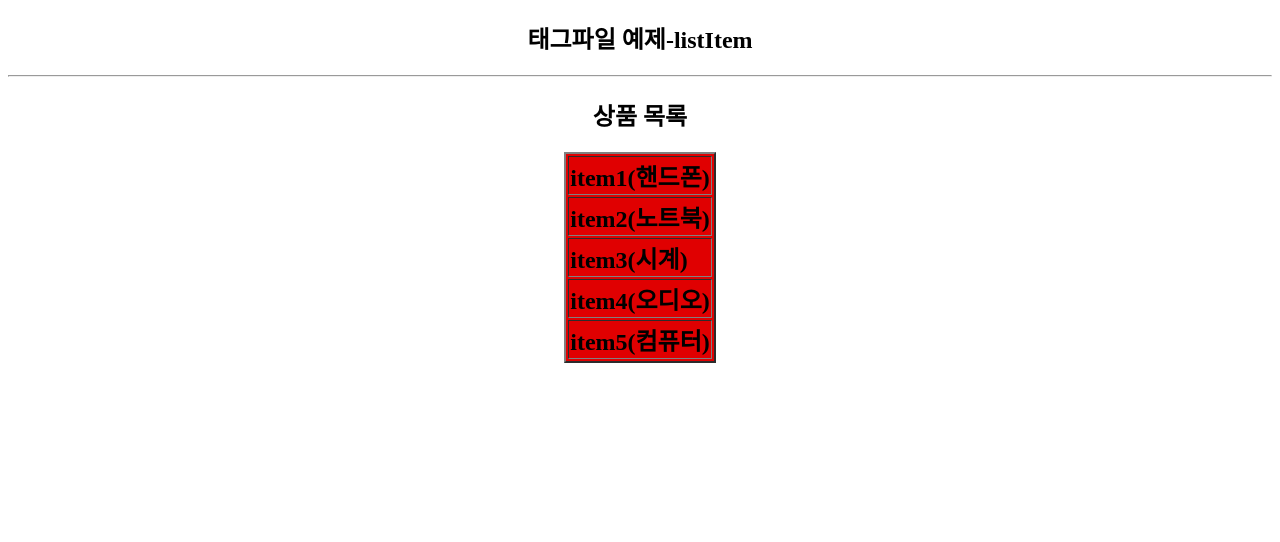
Repository: ljdongz/jsp-study
Page: http://localhost/jspbook/ch08/ItemTag.jsp
The author's editor kept a copy of each file at every save. The page is drawn from the files as they stood at one save, then again after the next save.
The browser window is 1280 px wide. The pictures show the whole page.
The page is served by Tomcat 9.

Above is the page before, as saved 2022-11-07 00:58:45.

After the next save:
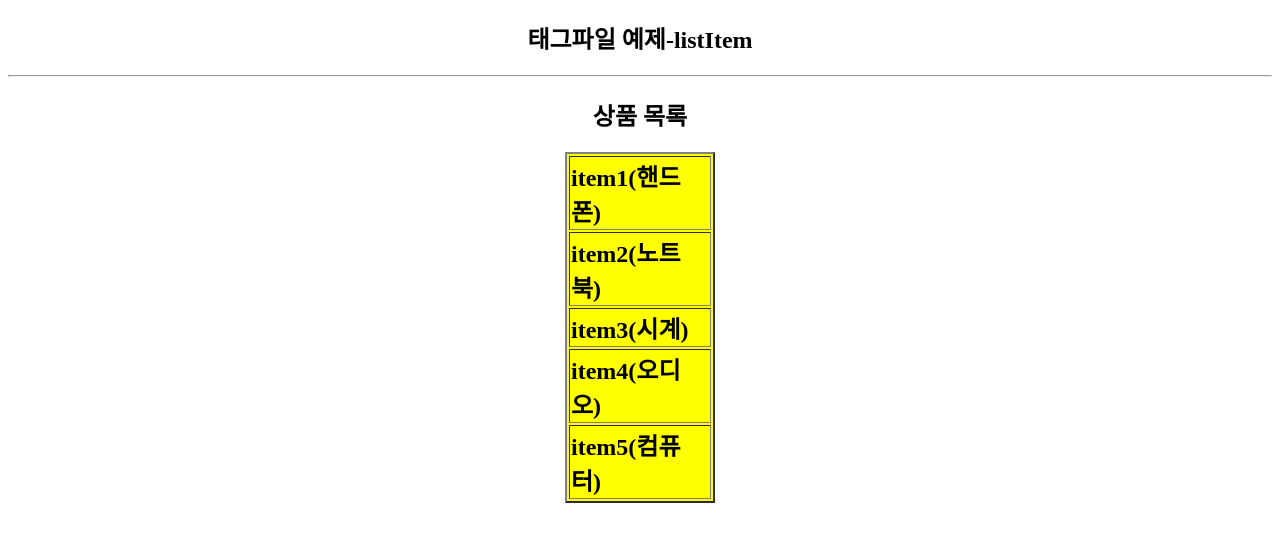
Saved 89 s later.
--- a/jspbook/src/main/java/jspbook/ch08/ItemTagHandler.java
+++ b/jspbook/src/main/java/jspbook/ch08/ItemTagHandler.java
@@ -39,7 +39,7 @@ public class ItemTagHandler extends SimpleTagSupport{
 		.append(border)
 		.append(" bgcolor=")
 		.append(bgcolor)
-		.append("width=150>");
+		.append(" width=150>");
 
 		out.println(msg.toString());
 
